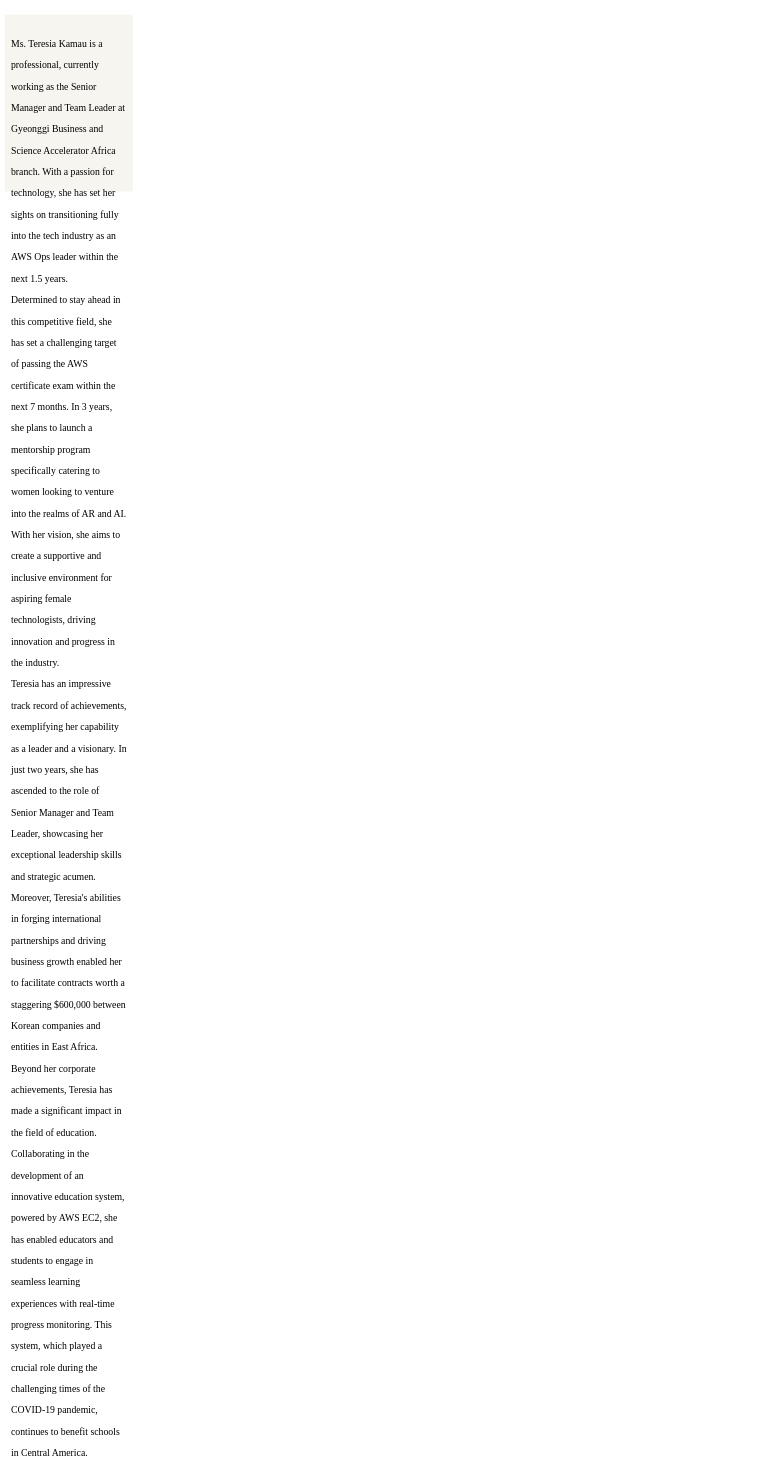
Repository: tessa5/developerPortfolio
Page: public/bio.html
The author's editor kept a copy of each file at every save. The page is drawn from the files as they stood at one save, then again after a run of saves.
The browser window is 1280 px wide. The pictures show the whole page, at 61% of full size.

Above is the page before, as saved 2023-08-07 12:48:21.

### public/bio.html
<!DOCTYPE html>
<html lang="en">
<head>
    <meta charset="UTF-8">
    <meta name="viewport" content="width=device-width, initial-scale=1.0">
    <title>Document</title>
    <link rel="stylesheet" href="bio.css"/>
</head>
<body>
    <h3></h3>
    <p class="bio">
        Ms. Teresia Kamau is a professional, currently working as the Senior Manager and Team Leader at Gyeonggi Business and Science Accelerator Africa branch. With a passion for technology, she has set her sights on transitioning fully into the tech industry as an AWS Ops leader within the next 1.5 years. <br/>Determined to stay ahead in this competitive field, she has set a challenging target of passing the AWS certificate exam within the next 7 months.
In 3 years, she plans to launch a mentorship program specifically catering to women looking to venture into the realms of AR and AI. With her vision, she aims to create a supportive and inclusive environment for aspiring female technologists, driving innovation and progress in the industry.
<br/>Teresia has an impressive track record of achievements, exemplifying her capability as a leader and a visionary. In just two years, she has ascended to the role of Senior Manager and Team Leader, showcasing her exceptional leadership skills and strategic acumen. <br/>Moreover, Teresia's abilities in forging international partnerships and driving business growth enabled her to facilitate contracts worth a staggering $600,000 between Korean companies and entities in East Africa.
Beyond her corporate achievements, Teresia has made a significant impact in the field of education. Collaborating in the development of an innovative education system, powered by AWS EC2, she has enabled educators and students to engage in seamless learning experiences with real-time progress monitoring. This system, which played a crucial role during the challenging times of the COVID-19 pandemic, continues to benefit schools in Central America.

    </p>
</body>
</html>

### public/assets/styles/bio.css
.bio {
    width:210px;
    float: left;
    height:290px;
    line-height:35px;
    background:#f6f5ef;
    padding:10px;
    margin-top:5px;
    box-sizing: border-box;
    word-break: keep-all;
    padding-top:30px;
}

After the next 2 saves:
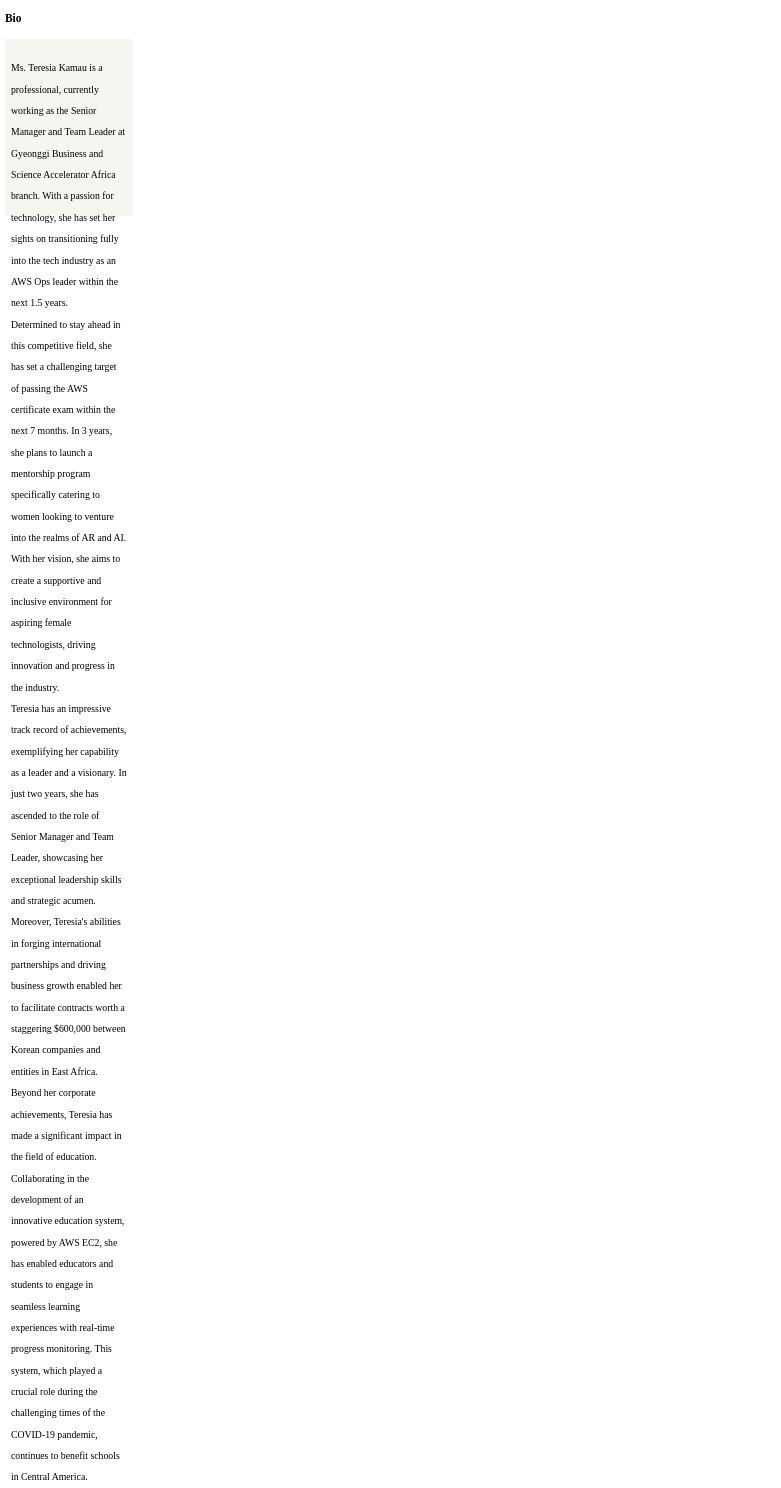
The 2 saves are shown as one change because they came seconds apart.
The last was saved 6 s later.
--- a/public/bio.html
+++ b/public/bio.html
@@ -7,7 +7,7 @@
     <link rel="stylesheet" href="bio.css"/>
 </head>
 <body>
-    <h3></h3>
+    <h3>Bio</h3>
     <p class="bio">
         Ms. Teresia Kamau is a professional, currently working as the Senior Manager and Team Leader at Gyeonggi Business and Science Accelerator Africa branch. With a passion for technology, she has set her sights on transitioning fully into the tech industry as an AWS Ops leader within the next 1.5 years. <br/>Determined to stay ahead in this competitive field, she has set a challenging target of passing the AWS certificate exam within the next 7 months.
 In 3 years, she plans to launch a mentorship program specifically catering to women looking to venture into the realms of AR and AI. With her vision, she aims to create a supportive and inclusive environment for aspiring female technologists, driving innovation and progress in the industry.
